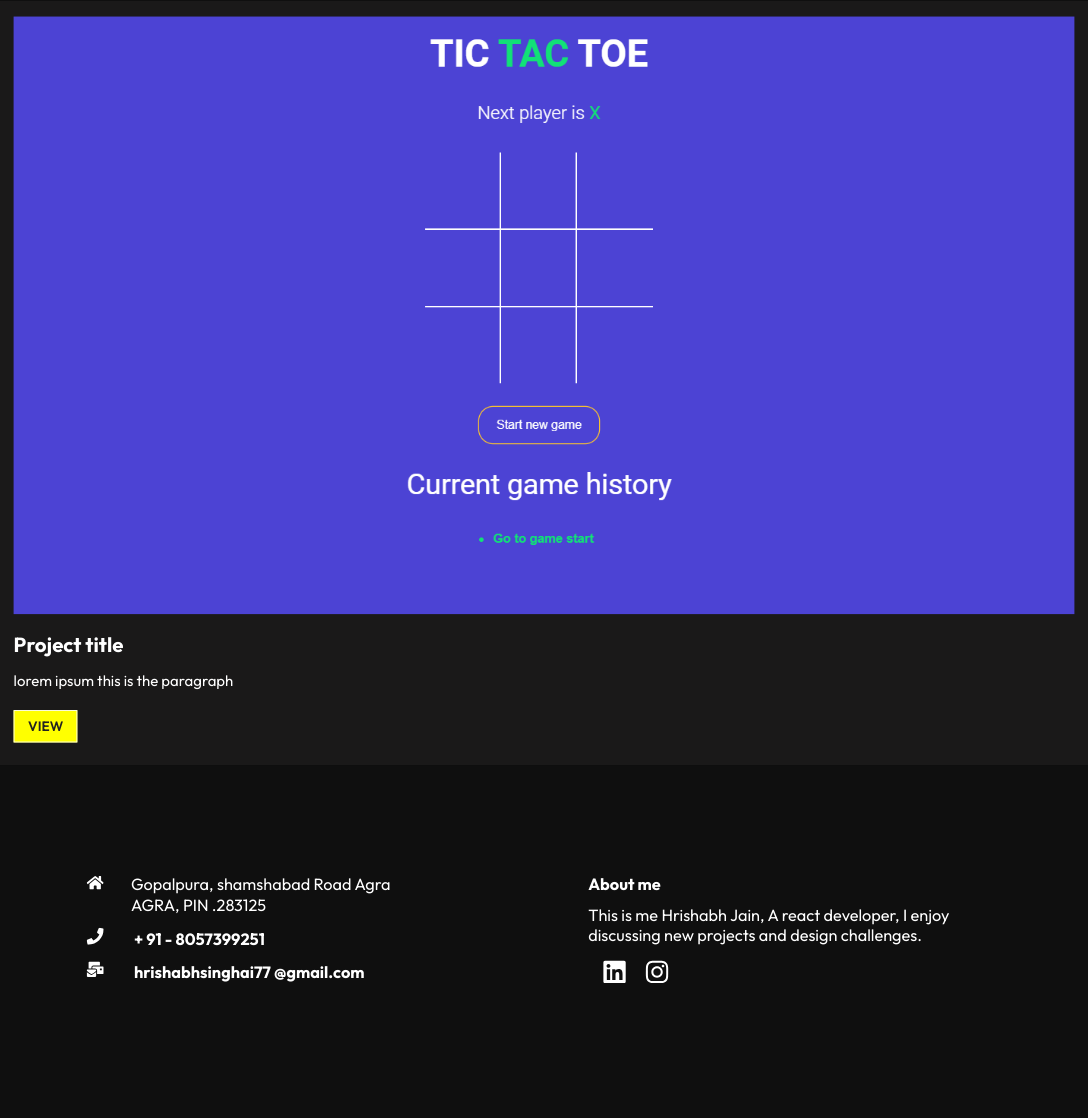
Repository: Hrishabhsinghai/Portfolio
Page: /project
The author's editor kept a copy of each file at every save. The page is drawn from the files as they stood at one save, then again after the next save.
The browser window is 1280 px wide. The pictures show the part of the page from y = 504 to 1819 px (the page is 1819 px tall before and 1079 px after), at 85% of full size.
The project was rebuilt for these pictures with package versions that can differ from the ones it lists, and the page was loaded fresh each time. Also part of the build but not shown: src/components/HeroImgStyles.css, src/components/HeroImg.js, src/routes/Home.js, src/routes/About.js, src/routes/Contact.js.

Above is the page before, as saved 2024-01-10 00:16:24.

After the next save:
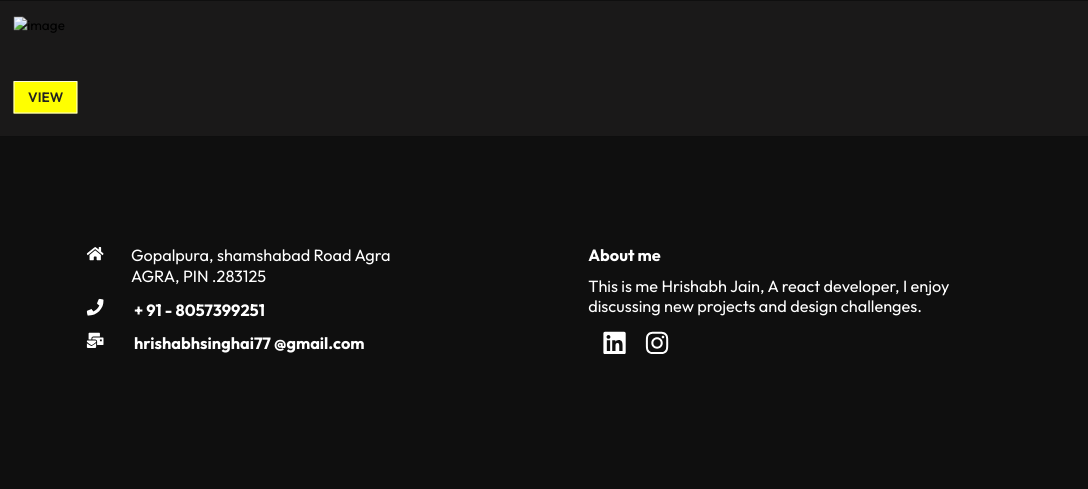
Saved 2 min 35 s later.
--- a/src/components/WorkCard.js
+++ b/src/components/WorkCard.js
@@ -4,15 +4,15 @@ import React from "react";
 import tictactoe from "../assets/tictactoe.png";
 import { NavLink } from "react-router-dom";
 
-const WorkCard = () => {
+const WorkCard = (props) => {
   return (
     <div className="project-card">
-      <img src={tictactoe} alt="image" />
-      <h2 className="project-title"> Project title </h2>{" "}
+      <img src={props.imgsrc} alt="image" />
+      <h2 className="project-title"> {props.title} </h2>{" "}
       <div className="pro-details">
-        <p> lorem ipsum this is the paragraph </p>{" "}
+        <p> {props.text} </p>{" "}
         <div className="pro-btns">
-          <NavLink to="https://ticctacctoeegame.surge.sh/" className="btn">
+          <NavLink to={props.view} className="btn">
             {" "}
             View{" "}
           </NavLink>{" "}
